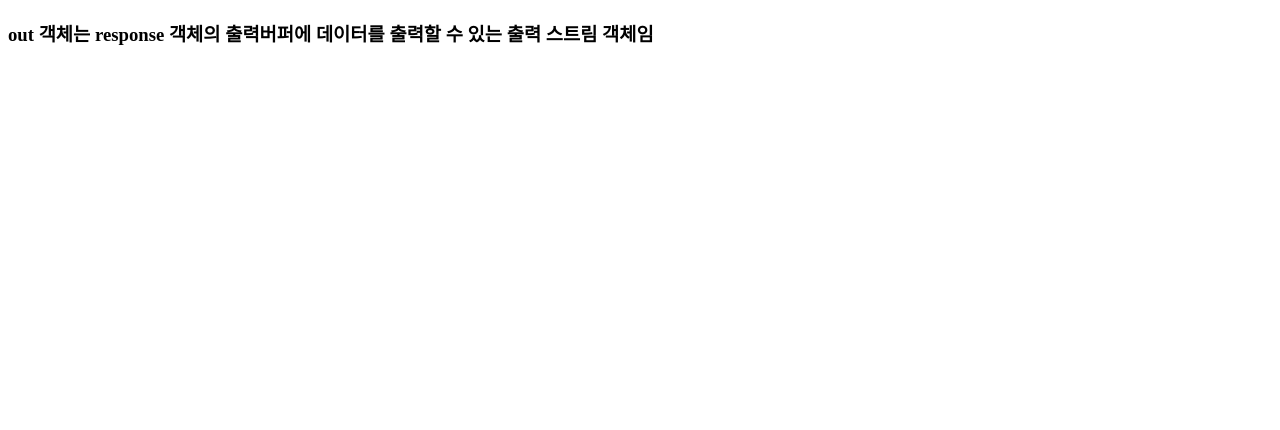
Repository: WONDongin/GoodeeAcademy_JAVA
Page: http://localhost/jspStudy/ex08_other/NewFile.jsp
The author's editor kept a copy of each file at every save. The page is drawn from the files as they stood at one save, then again after the next save.
The browser window is 1280 px wide. The pictures show the whole page.
The page is served by Tomcat 9.

Above is the page before, as saved 2025-04-03 00:44:02.

After the next save:
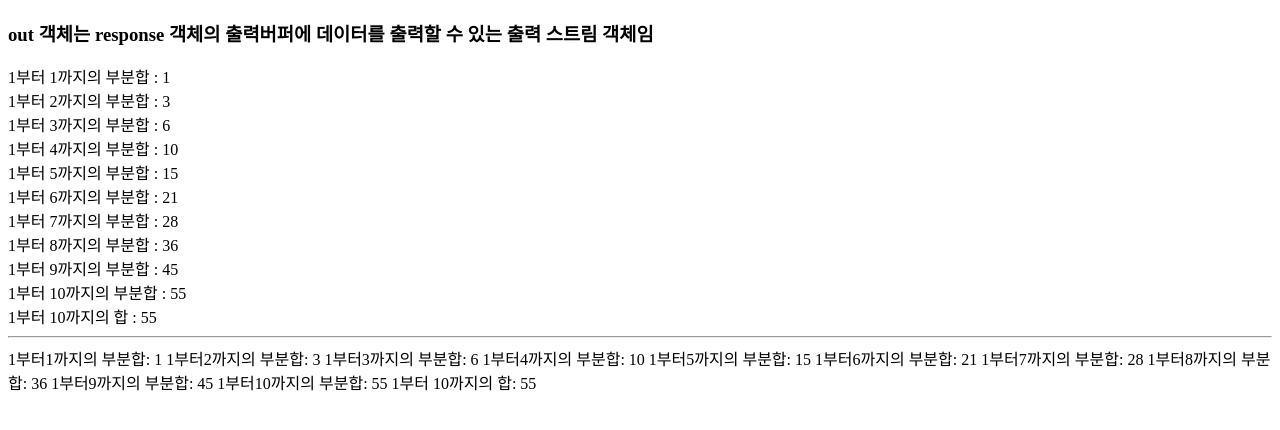
Saved 4 min 13 s later.
--- a/jsp_study/jspStudy/src/main/webapp/ex08_other/NewFile.jsp
+++ b/jsp_study/jspStudy/src/main/webapp/ex08_other/NewFile.jsp
@@ -8,6 +8,23 @@
 	</head>
 	<body>
 		<h3>out 객체는 response 객체의 출력버퍼에 데이터를 출력할 수 있는 출력 스트림 객체임</h3>
+		<%
+		int sum = 0;
+		for(int i=1;i<=10;i++){
+			sum+= i;
+		%>
+		1부터 <%=i %>까지의 부분합 : <%= sum %><br/>
+		<% } %>
+		1부터 10까지의 합 : <%= sum %>
+		<hr/>
 
+		<%
+		sum = 0;
+		for(int i=1;i<=10;i++){
+			sum += i;
+			out.println("1부터" + i + "까지의 부분합: " + sum);
+		}
+		out.println("1부터 10까지의 합: " + sum);
+		%>
 	</body>
 </html>
